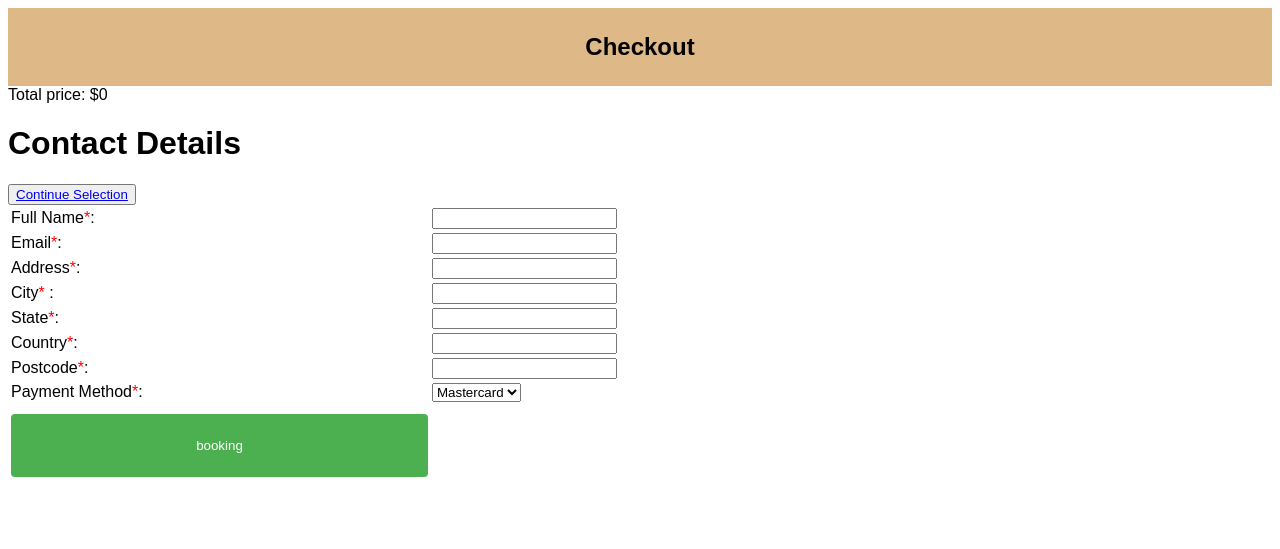
Repository: ThawZin-Raymond/31748-POTI-Car-Rental-System
Page: http://localhost/checkout.php
The author's editor kept a record of every edit. The page is drawn from the files as they stood at one moment, then again after the next edit.
The browser window is 1280 px wide. The pictures show the whole page.
The page is run by PHP 8.4 with error messages shown; the project is at /var/www/html/.

Above is the page before.

### checkout.php
<?php
session_start();
$_SESSION["totalprice"]=0;
$i=0;
if (isset($_POST["quantity"])){
 while($i<$_SESSION["count"]){

    $price=$_SESSION["price"][$i];

    $days=$_POST["days".$i];
    $_SESSION["totalprice"]+=$price * $days;
    $_SESSION["days"][$i] = $days;
    $i+=1;
   }
}
    echo "<div class='header'><h2 align='center'>Checkout</h2></div>";

    echo "Total price: $".$_SESSION["totalprice"];

?>


<!DOCTYPE html>
<html>
    <head>
        <script src="my.js"></script>
        <link rel = "stylesheet" href = "mystyle.css">
    </head>
    <body>
            <table width = "80%">

                <form method = "POST" action="thanks.php" onsubmit = "return validate_Contact()">
                    <h1> Contact Details</h1>
                    <tr>
                        <td>Full Name<span style="color:red">*</span>: </td>
                        <td><input type="text" name="Namevalue" id="namevalue" size="20"></td>
                    </tr>
                    <tr>
                        <td>Email<span style="color:red">*</span>: </td>
                        <td><input type="text" name="Emailvalue" id="emailvalue" size="20"></td>
                    </tr>
                    <tr>
                        <td>Address<span style="color:red">*</span>: </td>
                        <td><input type="text" name="Addressvalue" id="addressvalue" size="20"></td>
                    </tr>

                    <tr>
                        <td>City<span style="color:red">*</span> :</td>
                        <td><input type="text" name="City" id="city" size="20"></td>
                    </tr>
                    <tr>
                        <td>State<span style="color:red">*</span>: </td>
                        <td><input type="text" name="State" id="state" size="20"></td>
                    </tr>
                    <tr>
                        <td>Country<span style="color:red">*</span>: </td>
                        <td><input type="text" name="Country" id="country" size="20"></td>
                    </tr>
                    <tr>
                        <td>Postcode<span style="color:red">*</span>: </td>
                        <td><input type="text" name="post" id="post" size="20"></td>
                    </tr>
                    <tr>
                        <td>Payment Method<span style="color:red">*</span>:</td>
                        <td><select name="dowpdown">
	                        <option value="1">Mastercard</option>
	                        <option value="2">Creditcard</option>
	                       </select></td>
                    </tr>

                   <tr>
                       <td><p> <input type="submit" id="book" value="booking"></p></td>
                   </tr>
                   <tr>
                       <td></td>
                   </tr>

                     <button type="button"><a href="index.php">Continue Selection</a></button>

                </form>
            </table>
    </body>
</html>

### my.js
//index.php
function ValidateAvailability(){

		var valid= document.getElementById("ava[0]").value;

		if (valid == "true"){
			alert("Successfully added to cart");
	    return true;
		}else if(valid =="false"){
			alert("Sorry,this car is unavailable now, Please try other cars.");
		return false;}

}

function ValidateAvailability1(){

		var valid1= document.getElementById("ava[1]").value;

	    if (valid1 == "true"){
			alert("Successfully added to cart");
	    return true;
		}else if(valid1 =="false"){
			alert("Sorry,this car is unavailable now, Please try other cars.");
		return false;}
}

function ValidateAvailability2(){

		var valid2= document.getElementById("ava[2]").value;

	    if (valid2 == "true"){
			alert("Successfully added to cart");
	    return true;
		}else if(valid2 =="false"){
			alert("Sorry,this car is unavailable now, Please try other cars.");
		return false;}
}

function ValidateAvailability3(){

		var valid3= document.getElementById("ava[3]").value;

	    if (valid3 == "true"){
			alert("Successfully added to cart");
	    return true;
		}else if(valid3 =="false"){
			alert("Sorry,this car is unavailable now, Please try other cars.");
		return false;}
}

function ValidateAvailability4(){

		var valid4= document.getElementById("ava[4]").value;

	    if (valid4 == "true"){
			alert("Successfully added to cart");
	    return true;
		}else if(valid4 =="false"){
			alert("Sorry,this car is unavailable now, Please try other cars.");
		return false;}

}

function ValidateAvailability5(){

		var valid5= document.getElementById("ava[5]").value;

	    if (valid5 == "true"){
			alert("Successfully added to cart");
	    return true;
		}else if(valid5 =="false"){
			alert("Sorry,this car is unavailable now, Please try other cars.");
		return false;}
}
function ValidateAvailability6(){

		var valid6= document.getElementById("ava[6]").value;

	    if (valid6 == "true"){
			alert("Successfully added to cart");
	    return true;
		}else if(valid6 =="false"){
			alert("Sorry,this car is unavailable now, Please try other cars.");
		return false;}
}

function ValidateAvailability7(){

		var valid7= document.getElementById("ava[7]").value;

	    if (valid7 == "true"){
			alert("Successfully added to cart");
	    return true;
		}else if(valid7 =="false"){
			alert("Sorry,this car is unavailable now, Please try other cars.");
		return false;}
}

function ValidateAvailability8(){

		var valid8= document.getElementById("ava[8]").value;

	    if (valid8 == "true"){
			alert("Successfully added to cart");
	    return true;
		}else if(valid8 =="false"){
			alert("Sorry,this car is unavailable now, Please try other cars.");
		return false;}
}

function ValidateAvailability9(){

		var valid9= document.getElementById("ava[9]").value;

	    if (valid9 == "true"){
			alert("Successfully added to cart");
	    return true;
		}else if(valid9 =="false"){
			alert("Sorry,this car is unavailable now, Please try other cars.");
		return false;}
}

//cart.php


function ValidationCart(){
	var text="Days";
	var quantity = document.getElementById("quantity").value;
	var count=document.getElementById("count").value;
	if (quantity == 0){
		alert("You have not been selected any cars in the list.");
		return true;
	}
	for (var a=0; a<=count; a++){
		var days = document.getElementById(text+a).value;
		if (days <= 0){
			alert("Please put the rental period of days for the car.");
			return false;
		}
	}
	return true;

}

//checkout.php

function validationContact(){
	var name = document.getElementById("name").value;
	var email = document.getElementById("email").value;
	var address=document.getElementById("address").value;
	var city=document.getElementById("city").value;
	var state=document.getElementById("state").value;
	var country=document.getElementById("country").value;
	var post=document.getElementById("post").value;
	var email_regExp = RegExp(/^\w+([\.-]?\w+)*@\w+([\.-]?\w+)*(\.\w{2,3})+$/);


if( name ==""){
	alert("Please complete your name");
	return false;
}
if (email_regExp.exec(email)==null || email_regExp.exec(email) == ""){
    alert("Please check your email or complete it");
	return false;
 }

if (address ==""){
	alert("Please complete your address");
	return false;
}
if (city ==""){
	alert("Please complete your City");
	return false;
}
if (state ==""){
	alert("Please complete your State");
	return false;
}
if (country ==""){
	alert("Please complete your Country");
	return false;
}
if(post==""){
     alert("Please complete your PostCode");
     return false;
}
return true;

}

### mystyle.css

.top_bar {
    background-color:white;
    padding:10px;
    margin:20px auto -22px auto;
}
body {
    font-family: Arial, Helvetica, sans-serif;
}

.header {
    padding: 5px;
    background: BurlyWood;
}
.header h1 {
    font-size: 40px;
}
.top_right {
    float:right;
}
.main_body {
    padding: 10px;
}
.img {
    width:70%;
    height:30%;
    display: block;
    margin-left: auto;
    margin-right: auto;
}

.image_details {
    background-color: white;
    width:100px;

}




.addtocart_td {
    background-color: cyan;
    width:100px;

}
input[type=submit] {
    width: 100%;
    background-color: #4CAF50;
    color: white;
    padding: 24px 24px;
    margin: 8px 0;
    border: none;
    border-radius: 4px;
    cursor: pointer;
}
input[type=submit]:hover {
  background-color: #45a049;

}

.button {
     background-color: #4CAF50;
     color: white;
     padding: 20px;
     width:99%;
     margin: 8px 0;

     border-radius: 4px;
     text-align: center;
     text-decoration: none;
     display: inline-block;

}


.button:hover {
  background-color: #45a049;

}


h3 {
    text-align: center;
}

.cart_table {
    width:70%;
}
.cart_img{
    width:10%;
    height:5%;
    display: block;
    margin-left: auto;
    margin-right: auto;
}

After the next edit:
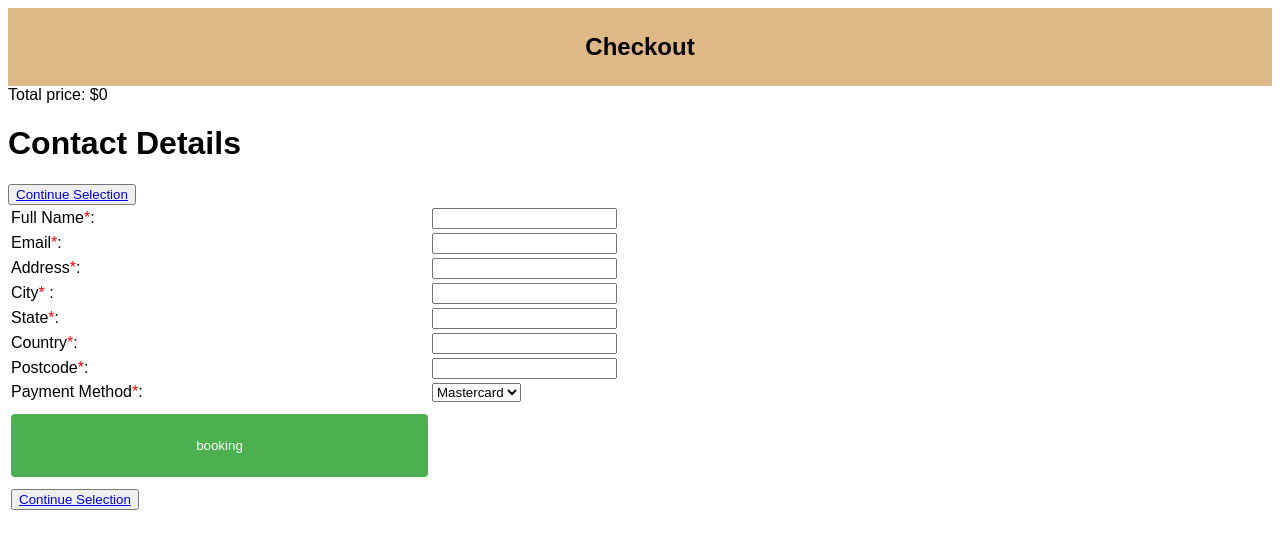
The edit:
--- a/checkout.php
+++ b/checkout.php
@@ -72,7 +72,7 @@
                        <td><p> <input type="submit" id="book" value="booking"></p></td>
                    </tr>
                    <tr>
-                       <td></td>
+                       <td><button type="button"><a href="index.php">Continue Selection</a></button> </td>
                    </tr>
 
                      <button type="button"><a href="index.php">Continue Selection</a></button>
